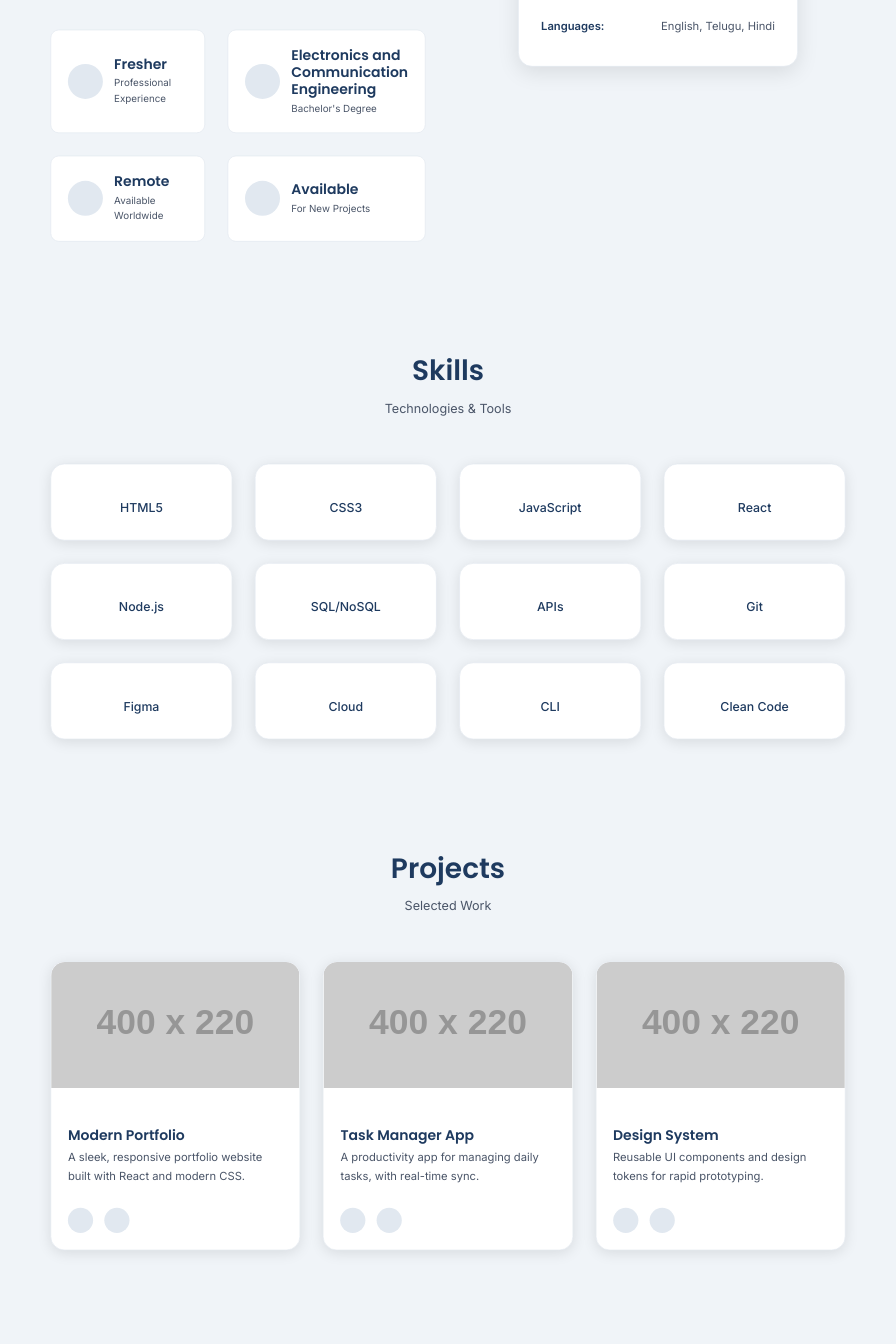
Repository: TharunPathakamuri/Portfolio
Page: index.html
An editor plug-in stored every save of this project. The page is shown before and after the next save, followed by the edit.
The browser window is 1280 px wide. The pictures show the part of the page from y = 1255 to 3175 px (the page is 4994 px tall), at 70% of full size.

Above is the page before, as saved 2025-07-04 23:29:00.

After the next save:
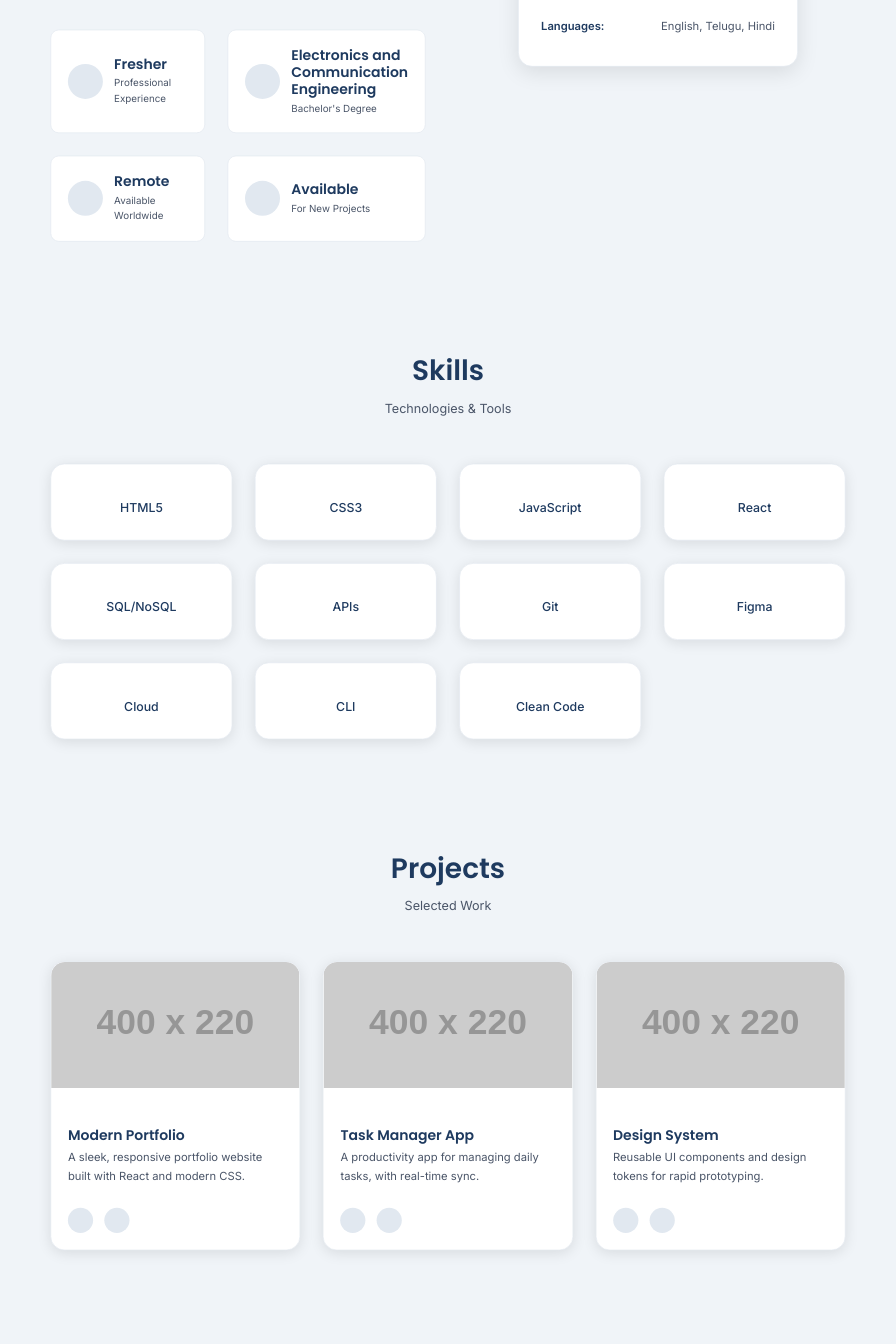
Saved 14 s later.
--- a/index.html
+++ b/index.html
@@ -280,12 +280,6 @@
             <div class="skill-name">React</div>
           </div>
 
-          <div class="skill-card">
-            <div class="skill-icon">
-              <i class="lucide lucide-server"></i>
-            </div>
-            <div class="skill-name">Node.js</div>
-          </div>
 
           <div class="skill-card">
             <div class="skill-icon">
